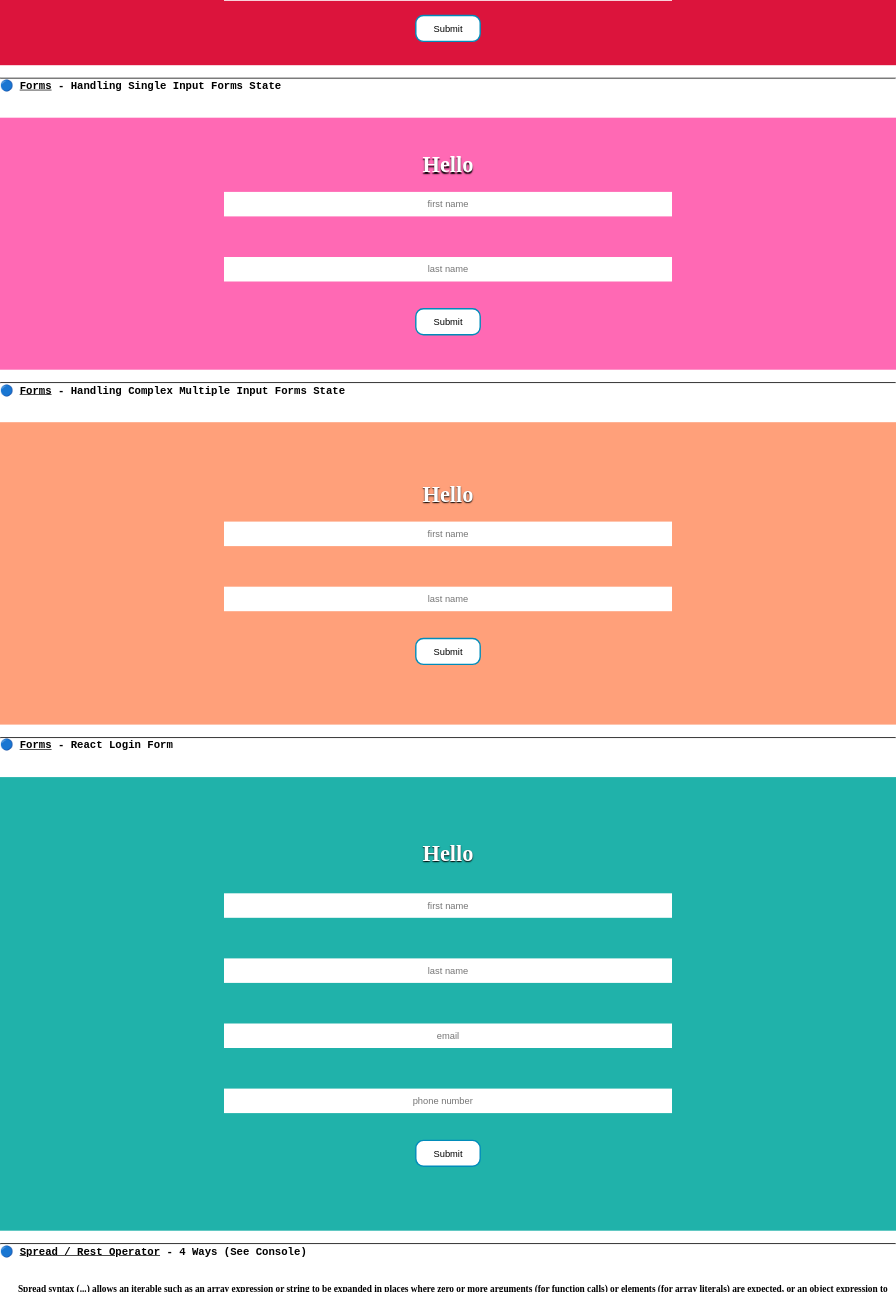
Repository: AalokJadhav/Being_ReactJS
Page: /
These files come from the project's save history. The page is drawn as it stood at one moment and after the next save; the edit follows.
The browser window is 1280 px wide. The pictures show the part of the page from y = 4453 to 6373 px (the page is 6299 px tall before and 6373 px after), at 70% of full size.
Some web fonts or font styles are not loaded; a fallback is used. The project was rebuilt for these pictures with package versions that can differ from the ones it lists, and the page was loaded fresh each time.

Above is the page before, as saved 2021-10-30 17:29:07.

After the next save:
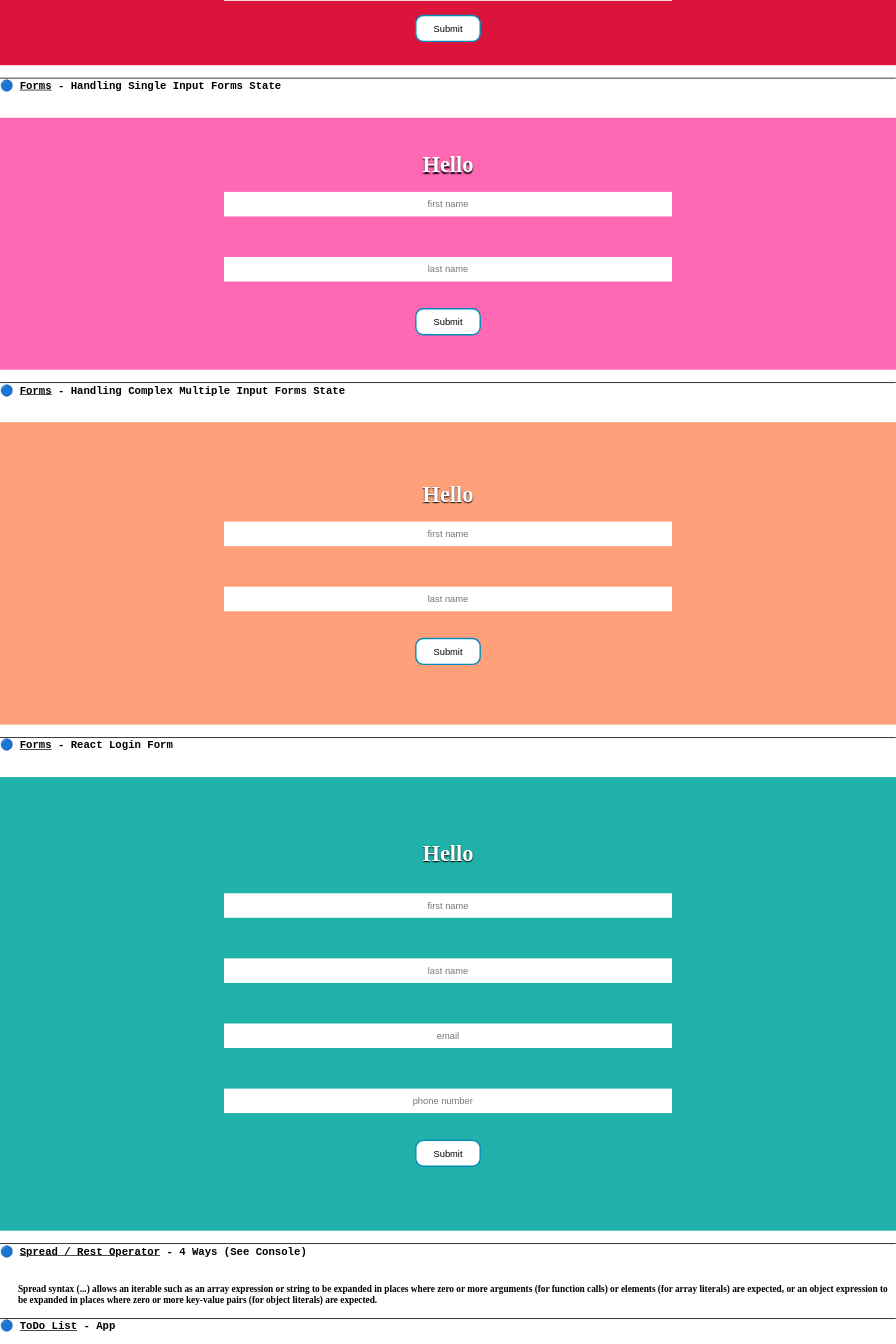
Saved 26 s later.
--- a/src/App.js
+++ b/src/App.js
@@ -22,6 +22,7 @@ import SingleInput from './SingleInput';
 import MultipleInput from "./MultipleInput";
 import LoginForm from "./LoginForm";
 import SpreadOpertor from "./SpreadOperator";
+import ToDo from "./ToDoList";
 
 
 function App() {
@@ -49,6 +50,7 @@ function App() {
       <MultipleInput />
       <LoginForm />
       <SpreadOpertor />
+      <ToDo />
     </>
   );
 }
